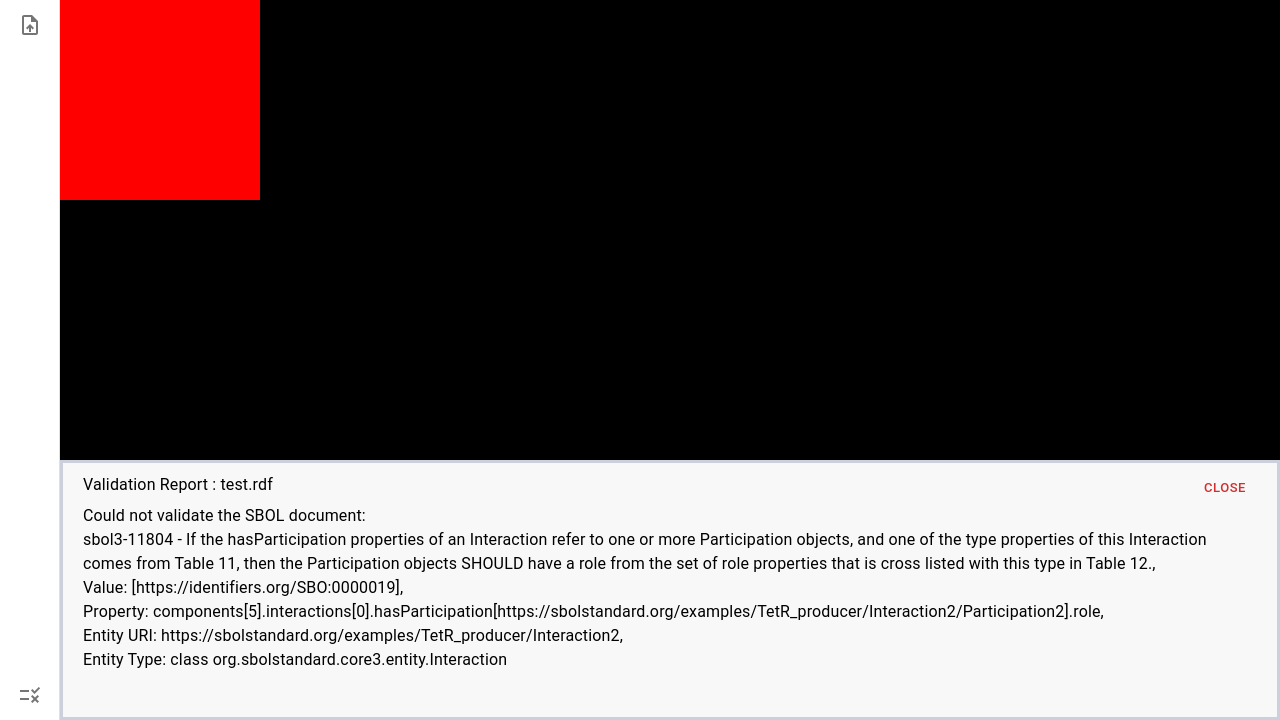
Repository: imark00/sbolInsight_frontend
Page: /, after clicking the first element matching `div.MuiPaper-root > :nth-child(2)`
The author's editor kept a copy of each file at every save. The page is drawn from the files as they stood at one save, then again after the next save.
The browser window is 1280 px wide. The pictures show the whole page.
The project was rebuilt for these pictures with package versions that can differ from the ones it lists, and the page was loaded fresh each time.

Above is the page before, as saved 2024-08-19 16:54:16.

### src/App.js
import './App.css';
import SBOLInsightPage from './sbolInsight';

function App() {
  return (
    <SBOLInsightPage />
  );
}

export default App;

### src/sbolInsight.js
import React, { useState } from "react";
import { Drawer, Box, IconButton, Typography, Modal, Button, Divider } from "@mui/material";
import UploadFileIcon from '@mui/icons-material/UploadFile';
import RuleOutlinedIcon from '@mui/icons-material/RuleOutlined';
import { useDropzone } from 'react-dropzone'
import { List, ListItem, ListItemIcon, ListItemText } from '@mui/material';
import InsertDriveFileOutlinedIcon from '@mui/icons-material/InsertDriveFileOutlined';
import axios from "axios";
import './App.css';
import CytoscapeComponent from 'react-cytoscapejs';


const drawerWidth = "60px"

// function timeout(delay) {
//     return new Promise(res => setTimeout(res, delay));
// }

const SBOLInsightPage = () => {

    const [openVModal, setOpenVModal] = useState(false);
    const openValidationModal = () => setOpenVModal(true);
    const closeValidationModal = () => setOpenVModal(false);

    const [testData, setTestData] = useState('');

    const [open, setOpen] = useState(false);
    const openUploadFileModal = () => setOpen(true);
    const closeUploadFileModal = () => setOpen(false);

    const { acceptedFiles, getRootProps, getInputProps } = useDropzone({
        maxFiles: 1, accept: {
            'application/rdf+xml': ['.rdf'],
            'text/turtle': ['.ttl'],
        }
    });
    const files = acceptedFiles.map(file => (
        <ListItem
            key={file.path}
        >
            <ListItemIcon>
                <InsertDriveFileOutlinedIcon />
            </ListItemIcon>
            <ListItemText primary={file.path} />
        </ListItem>
    ));

    // const [uploadProgress, setUploadProgress] = useState(0);


    const graphData = {
        "elements": {
            "nodes": [
                {
                    "id": "n1",
                    "name": "col1",
                    "uri": "https://sbolstandard.org/examples/col1"
                },
                {
                    "id": "n2",
                    "name": "TetR_protein",
                    "uri": "https://sbolstandard.org/examples/TetR_protein"
                },
                {
                    "id": "n3",
                    "name": "LacI_protein",
                    "uri": "https://sbolstandard.org/examples/LacI_protein"
                },
                {
                    "id": "n4",
                    "name": "examples",
                    "uri": "https://sbolstandard.org/examples"
                },
                {
                    "id": "n5",
                    "name": "Collection",
                    "uri": "http://sbols.org/v3#Collection"
                },
                {
                    "id": "n6",
                    "name": "https://identifiers.org/SBO:0000252",
                    "uri": "https://identifiers.org/SBO:0000252"
                },
                {
                    "id": "n7",
                    "name": "GO:0003700",
                    "uri": "GO:0003700"
                },
                {
                    "id": "n8",
                    "name": "LacI",
                    "uri": "LacI"
                },
                {
                    "id": "n9",
                    "name": "LacI protein",
                    "uri": "LacI protein"
                },
                {
                    "id": "n10",
                    "name": "Component",
                    "uri": "http://sbols.org/v3#Component"
                },
                {
                    "id": "n11",
                    "name": "https://identifiers.org/GO:0003700",
                    "uri": "https://identifiers.org/GO:0003700"
                },
                {
                    "id": "n12",
                    "name": "TetR",
                    "uri": "TetR"
                },
                {
                    "id": "n13",
                    "name": "TetR protein",
                    "uri": "TetR protein"
                }
            ],
            "edges": [
                {
                    "id": "e1",
                    "label": "member",
                    "source": "n1",
                    "target": "n2"
                },
                {
                    "id": "e2",
                    "label": "member",
                    "source": "n1",
                    "target": "n3"
                },
                {
                    "id": "e3",
                    "label": "hasNamespace",
                    "source": "n1",
                    "target": "n4"
                },
                {
                    "id": "e4",
                    "label": "displayId",
                    "source": "n1",
                    "target": "n1"
                },
                {
                    "id": "e5",
                    "label": "type",
                    "source": "n1",
                    "target": "n5"
                },
                {
                    "id": "e6",
                    "label": "type",
                    "source": "n3",
                    "target": "n6"
                },
                {
                    "id": "e7",
                    "label": "role",
                    "source": "n3",
                    "target": "n7"
                },
                {
                    "id": "e8",
                    "label": "name",
                    "source": "n3",
                    "target": "n8"
                },
                {
                    "id": "e9",
                    "label": "hasNamespace",
                    "source": "n3",
                    "target": "n4"
                },
                {
                    "id": "e10",
                    "label": "displayId",
                    "source": "n3",
                    "target": "n3"
                },
                {
                    "id": "e11",
                    "label": "description",
                    "source": "n3",
                    "target": "n9"
                },
                {
                    "id": "e12",
                    "label": "type",
                    "source": "n3",
                    "target": "n10"
                },
                {
                    "id": "e13",
                    "label": "type",
                    "source": "n2",
                    "target": "n6"
                },
                {
                    "id": "e14",
                    "label": "role",
                    "source": "n2",
                    "target": "n11"
                },
                {
                    "id": "e15",
                    "label": "name",
                    "source": "n2",
                    "target": "n12"
                },
                {
                    "id": "e16",
                    "label": "hasNamespace",
                    "source": "n2",
                    "target": "n4"
                },
                {
                    "id": "e17",
                    "label": "displayId",
                    "source": "n2",
                    "target": "n2"
                },
                {
                    "id": "e18",
                    "label": "description",
                    "source": "n2",
                    "target": "n13"
                },
                {
                    "id": "e19",
                    "label": "type",
                    "source": "n2",
                    "target": "n10"
                }
            ]
        },
        "status": "success"
    }

    const elements = [
        { data: { id: 'one', label: 'Node 1' }, position: { x: 0, y: 0 } },
        { data: { id: 'two', label: 'Node 2' }, position: { x: 100, y: 0 } },
        { data: { source: 'one', target: 'two', label: 'Edge from Node1 to Node2' } }
    ];

    const message = "Could not validate the SBOL document:\r\nsbol3-11804 - If the hasParticipation properties of an Interaction refer to one or more Participation objects, and one of the type properties of this Interaction comes from Table 11, then the Participation objects SHOULD have a role from the set of role properties that is cross listed with this type in Table 12.,\r\n\tValue: [https://identifiers.org/SBO:0000019],\r\n\tProperty: components[5].interactions[0].hasParticipation[https://sbolstandard.org/examples/TetR_producer/Interaction2/Participation2].role,\r\n\tEntity URI: https://sbolstandard.org/examples/TetR_producer/Interaction2,\r\n\tEntity Type: class org.sbolstandard.core3.entity.Interaction\r\n\r\nsbol3-11902 - The Feature referenced by the participant property of a Participation MUST be contained by the Component that contains the Interaction that contains the Participation.,\r\n\tChild Entity URI: https://sbolstandard.org/examples/TetR_producer/SubComponent9,\r\n\tChild Entity Type: class org.sbolstandard.core3.entity.SubComponent,\r\n\tProperty: components[16].hasInteraction[https://sbolstandard.org/examples/LacI_producer/Interaction4].hasParticipation[https://sbolstandard.org/examples/LacI_producer/Interaction4/Participation3].participant,\r\n\tEntity URI: https://sbolstandard.org/examples/LacI_producer,\r\n\tEntity Type: class org.sbolstandard.core3.entity.Component\r\n\r\nsbol3-11804 - If the hasParticipation properties of an Interaction refer to one or more Participation objects, and one of the type properties of this Interaction comes from Table 11, then the Participation objects SHOULD have a role from the set of role properties that is cross listed with this type in Table 12.,\r\n\tValue: [https://identifiers.org/SBO:0000019],\r\n\tProperty: components[16].interactions[0].hasParticipation[https://sbolstandard.org/examples/LacI_producer/Interaction3/Participation2].role,\r\n\tEntity URI: https://sbolstandard.org/examples/LacI_producer/Interaction3,\r\n\tEntity Type: class org.sbolstandard.core3.entity.Interaction"


    const testAPI = async () => {
        try {
            let response = await fetch("http://localhost:8080/api/test")
            if (response.status === 200) {
                let data = await response.json()
                setTestData(data)
            }
        } catch (error) {
            console.error('Error:', error)
        }
    }
    // useEffect(() => { testAPI() }, [])

    const getGraphData = async () => {
        try {
            const url = "http://localhost:8080/api/graph-data"
            const formData = new FormData();
            formData.append('file', acceptedFiles[0]);
            const config = {
                headers: {
                    'content-type': 'multipart/form-data',
                },
                // onUploadProgress: function (progressEvent) {
                //     const percentCompleted = Math.round((progressEvent.loaded * 100) / progressEvent.total);
                //     setUploadProgress(percentCompleted);
                // }
            }
            let response = await axios.post(url, formData, config)
            console.log(response)
        } catch (error) {
            console.error('Error:', error)
        }
    }


    function showValiationModal() {
        openVModal ? closeValidationModal() : openValidationModal()
    }

    function submitFile(event) {
        event.preventDefault()
        closeUploadFileModal()
        getGraphData()
    }


    return (
        <Box
            sx={{ display: 'flex' }}
        >
            {/* Drawer */}
            <Drawer
                sx={{
                    width: drawerWidth,
                    flexShrink: 0,
                    '& .MuiDrawer-paper': {
                        width: drawerWidth,
                        boxSizing: 'border-box',
                        padding: '5px',
                        display: 'flex',
                        flexDirection: 'column',
                        justifyContent: 'space-between',
                    },
                }}
                variant="permanent"
                anchor="left"
            >
                <IconButton
                    onClick={openUploadFileModal}
                >
                    <UploadFileIcon />
                </IconButton>

                <IconButton
                    onClick={showValiationModal}
                >
                    <RuleOutlinedIcon />
                </IconButton>
            </Drawer>

            <Box
                sx={{
                    position: 'relative',
                    width: "100vw", height: "100vh",
                    backgroundColor: 'black',
                }}>
                <Box
                    sx={{
                        width: 200,
                        height: 200,
                        backgroundColor: 'red',
                        position: 'absolute',
                        top: 0,
                        left: 0,
                    }}
                />
                {openVModal ?
                    <Box id="validationModal"
                        sx={{
                            width: "100%",
                            height: "260px",
                            backgroundColor: '#F8F8F8',
                            position: 'absolute',
                            bottom: 0,
                            right: 0,
                            border: '3px solid #CBD0DC',
                            boxSizing: "border-box",
                            padding: "10px 20px 20px 20px",
                            display: 'flex',
                            flexDirection: 'column',
                        }}
                    >

                        <Box
                            sx={{
                                display: 'flex',
                                flexDirection: 'column',
                                overflowY: 'auto',
                                flex: 1,
                            }}>
                            <Box
                                sx={{
                                    display: 'flex',
                                    flexDirection: 'row',
                                    justifyContent: 'space-between',
                                }}
                            >
                                <Typography>
                                    Validation Report : test.rdf
                                </Typography>

                                <Button
                                    variant="text"
                                    size="small"
                                    color="error"
                                    onClick={showValiationModal}
                                    sx={{ letterSpacing: "0.04em" }}
                                >
                                    Close
                                </Button>
                            </Box>

                            <Typography id="message"
                                sx={{
                                    whiteSpace: "pre-line"
                                }}
                            >
                                {message}
                            </Typography>
                        </Box>




                    </Box>
                    : null
                }
            </Box>

            {/* // Upload file modal */}
            <Modal
                open={open}
                onClose={closeUploadFileModal}
                aria-labelledby="modal-modal-title"
                aria-describedby="modal-modal-description"
                slotProps={{
                    backdrop: {
                        style: {
                            backgroundColor: 'transparent',
                            boxShadow: 'none'
                        }
                    }
                }}

            >
                <Box
                    sx={{
                        position: "absolute",
                        top: "50%",
                        left: "50%",
                        transform: "translate(-50%, -50%)",
                        width: "475px",
                        bgcolor: "background.paper",
                        boxShadow: 24,
                        borderRadius: "23px",
                    }}
                >
                    <Box
                        sx={{
                            display: 'flex',
                            flexDirection: 'row',
                            justifyContent: 'space-between',
                            paddingLeft: '11px',
                            paddingRight: '7px',
                            paddingTop: '7px',
                            paddingBottom: '2px',
                        }}
                    >
                        <Typography
                            fontSize={"19px"}
                            letterSpacing={"0.02em"}
                        >
                            Upload SBOL File
                        </Typography>

                        <Button
                            variant="text"
                            size="small"
                            color="error"
                            onClick={closeUploadFileModal}
                            sx={{ letterSpacing: "0.04em" }}
                        >
                            Close
                        </Button>
                    </Box>
                    <Divider
                        sx={{
                            borderBottomWidth: '2px',
                            borderColor: "#CBD0DC"
                        }}
                    />

                    <Box
                        sx={{
                            paddingTop: "45px",
                            paddingLeft: "25px",
                            paddingRight: "25px",
                            paddingBottom: "16px",
                            textAlign: "center",
                        }}
                    >
                        <Box
                            sx={{
                                border: "2px dashed #CBD0DC",
                                borderRadius: "14px",
                                height: "100px",
                                marginBottom: "20px",
                                width: "100%",
                                flexDirection: 'column',
                                justifyContent: 'center',
                                display: 'flex',
                            }}
                            {...getRootProps({ className: 'dropzone' })}
                        >
                            <input {...getInputProps()} />
                            <Box >
                                <Typography
                                    color={"#292D32"}
                                    fontSize={"15px"}
                                    letterSpacing={"0.04em"}
                                >
                                    Choose a file or drap and drop it here
                                </Typography>

                                <Typography
                                    color={"#A9ACB4"}
                                    fontSize={"12px"}
                                    letterSpacing={"0.04em"}
                                >
                                    RDF/XML, Turtle, N-Triples, and JSON-LD formats, up to 25MB
                                </Typography>
                            </Box>
                        </Box>

                        {/* <progress value={uploadProgress} max="100"></progress> */}

                        <List>{files}</List>

                        <Button
                            variant="contained"
                            sx={{
                                borderRadius: "11px",
                                width: "168px",
                                backgroundColor: "#084BCF",
                            }}
                            disabled={files.length === 0}
                            onClick={submitFile}
                        >
                            Submit
                        </Button>
                    </Box>



                </Box>
            </Modal>
        </Box>
    );
}

export default SBOLInsightPage;

### src/App.css
.App {
  text-align: center;
}

.App-logo {
  height: 40vmin;
  pointer-events: none;
}

@media (prefers-reduced-motion: no-preference) {
  .App-logo {
    animation: App-logo-spin infinite 20s linear;
  }
}

.App-header {
  background-color: #282c34;
  min-height: 100vh;
  display: flex;
  flex-direction: column;
  align-items: center;
  justify-content: center;
  font-size: calc(10px + 2vmin);
  color: white;
}

.App-link {
  color: #61dafb;
}

@keyframes App-logo-spin {
  from {
    transform: rotate(0deg);
  }
  to {
    transform: rotate(360deg);
  }
}


.validationContainer {
  flex: 1;
  overflow-y: auto;
}

.validationText{
  white-space: pre-line;
  padding-right: 10px;
}

Loaded but not shown: public/index.html (common file); src/index.js (common file); src/index.css (common file); src/reportWebVitals.js (common file)

After the next save:
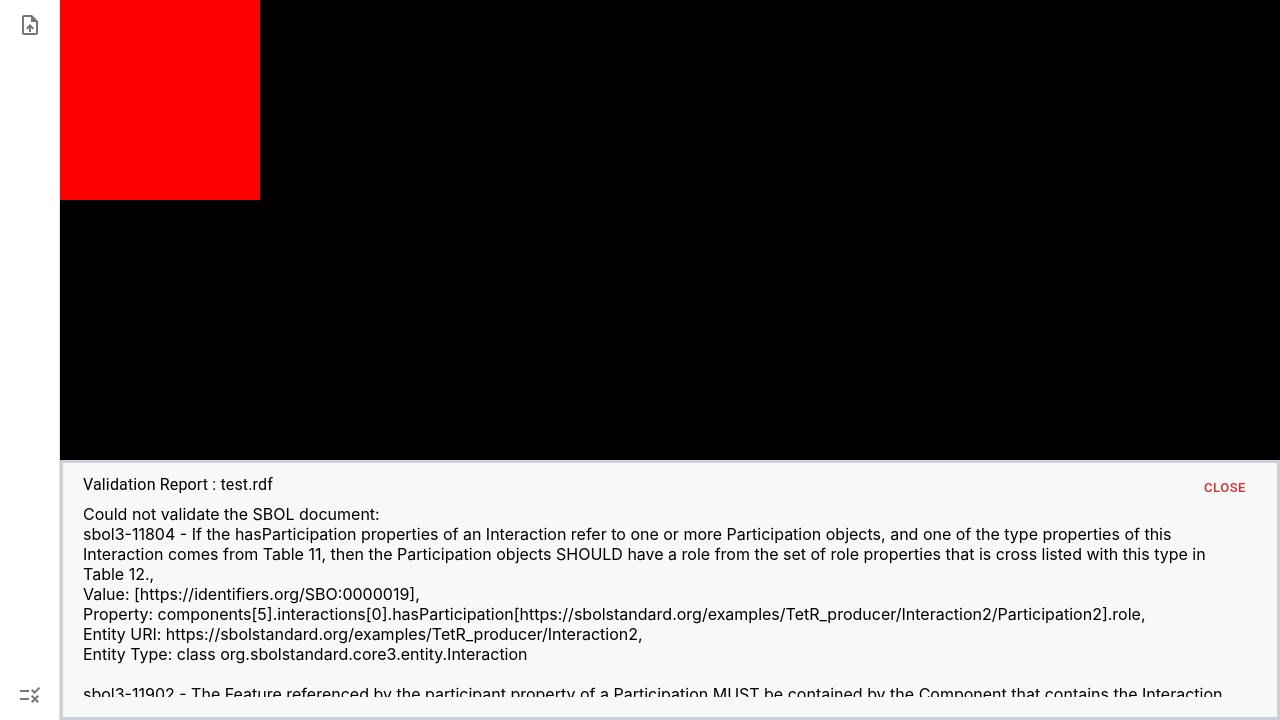
Saved 2 min 45 s later.
--- a/src/sbolInsight.js
+++ b/src/sbolInsight.js
@@ -388,13 +388,20 @@ const SBOLInsightPage = () => {
                                 </Button>
                             </Box>
 
-                            <Typography id="message"
+                            {/* <Typography id="message"
                                 sx={{
                                     whiteSpace: "pre-line"
                                 }}
                             >
                                 {message}
-                            </Typography>
+                            </Typography> */}
+
+                            <div className="validationContainer">
+
+                                <div className="validationText">
+                                    {message}
+                                </div>
+                            </div>
                         </Box>
 
 
